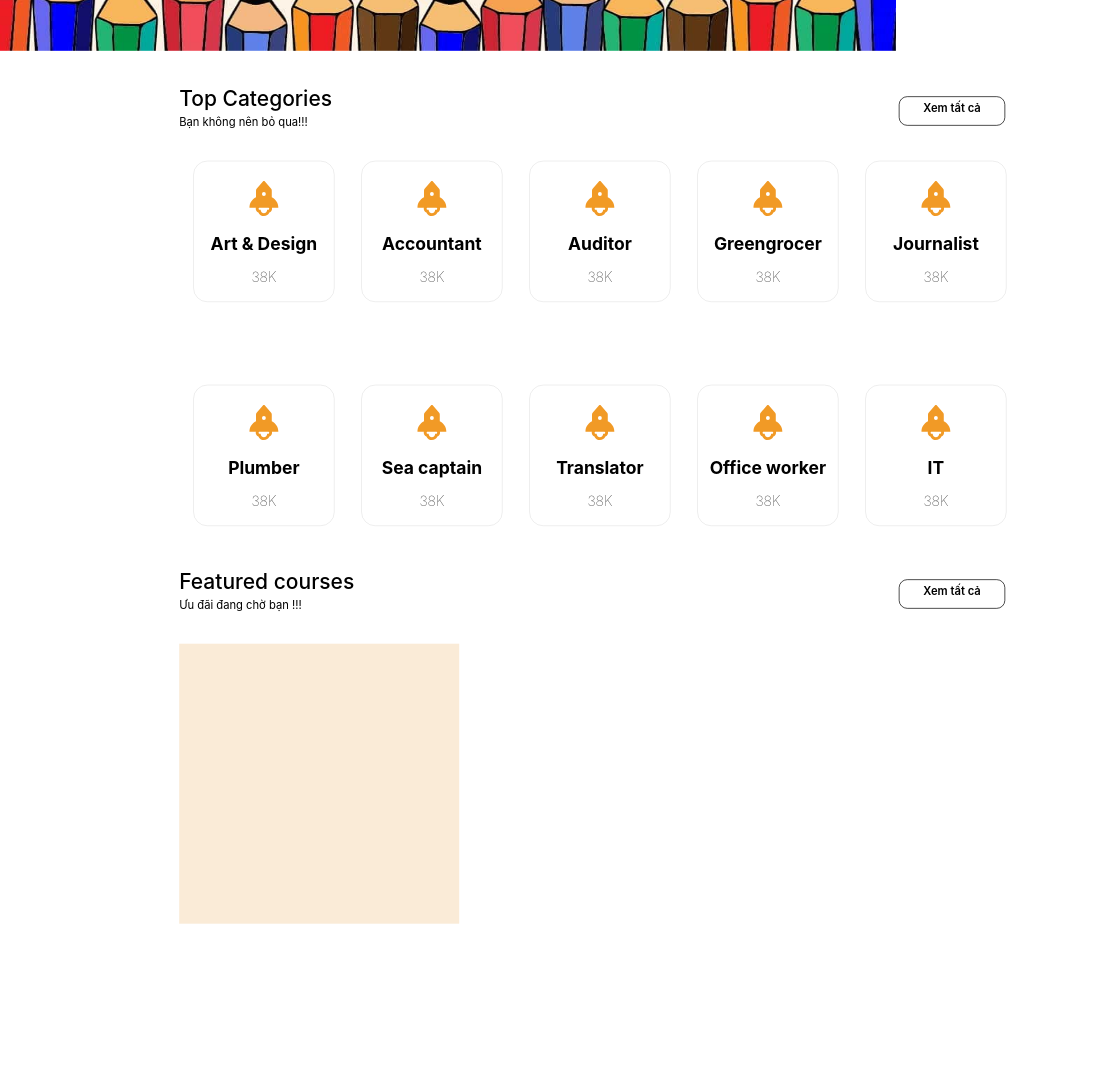
Repository: hieu1802/WebsiteEdupress
Page: / (app in my-app/)
These files come from the project's save history. The page is drawn as it stood at one moment and after the next save; the edit follows.
The browser window is 1280 px wide. The page is 1600 px wide, so the pictures cover 1600 px, including what lies to the right of the window. The pictures show the part of the page from y = 551 to 2111 px (the page is 2111 px tall), at 70% of full size.
The project was rebuilt for these pictures with package versions that can differ from the ones it lists, and the page was loaded fresh each time. Also part of the build but not shown: my-app/src/App.css.

Above is the page before, as saved 2024-07-24 01:28:28.

### my-app/src/App.jsx
import logo from './logo.svg';
import './App.css';
import HomePage from './Components/HomePage/HomePage.jsx';

function App() {
  return (
  <>
    <HomePage/>
  </>
  );
}

export default App;

### my-app/src/Components/HomePage/HomePage.jsx
import React from 'react'
import Header from './Header.jsx'
import { ContainerPage } from './ContainerPage.jsx'

function HomePage() {
  return (
    <>
      <Header/>
      <ContainerPage/>
    </>
  )
}

export default HomePage

### my-app/src/Components/HomePage/Header.jsx
import React from 'react'
import img01 from '../img/EduPress.png'
import img02 from '../img/img02.jpg'
import img03 from '../img/img03.png'
import './HomePage.css'
import { IoIosSearch } from "react-icons/io";

function Header() {
  return (
    <>
        <div className='Header'>
            <div className='logoHeader'>
                <img src={img01}/>
                <h3>EduPress Academy</h3>
            </div>
            <ul>
                <li>Trang Chủ</li>
                <li>Khóa Học</li>
                <li>Blog</li>
                <li>Đánh giá</li>
                <li>Kết Nối</li>
                <div className='ulInput'>
                    <input placeholder='Tìm Kiếm ...'/>
                    <div className='btnHeader'><IoIosSearch  className='btnIcon'/></div>
                </div>

            </ul>
            <div className='loginHeader'>
                <div><span>Đăng Nhập</span>/<span>Đăng kí</span></div>

            </div>
        </div>
        <div className='posterHeader'>
            <img src={img02}/>
            <div className='posterContent'>
               <div className='posterSologun'>
                  <h1>EduPress Academy</h1>
                  <h2>Website học Online hàng đầu Việt Nam tích hợp đầy đủ mọi thông tin, kiến thức và những kỹ năng để giúp các bạn chinh phục mọi khó khăn một cách hoàn hảo</h2>
                  <div className='btnPoster'>Tìm hiểu ngay </div>
               </div>
               <div className='posterAvatar'>
                  <img src={img03}/>
               </div>
            </div>
        </div>
    </>

  )
}

export default Header

### my-app/src/Components/HomePage/ContainerPage.jsx
import React from 'react'
import { AiFillRocket } from "react-icons/ai";

export const ContainerPage = () => {

  const topCategories = [
    {
      id:1,
      name:'Art & Design',
    },
    {
      id:2,
      name:'Accountant',

    },
    {
      id:3,
      name:'Auditor',

    },
    {
      id:4,
      name:'Greengrocer',

    },
    {
      id:5,
      name:'Journalist',

    },
    {
      id:6,
      name:'Plumber',

    },
    {
      id:7,
      name:'Sea captain',

    },
    {
      id:8,
      name:'Translator',

    },
    {
      id:9,
      name:'Office worker',

    },
    {
      id:10,
      name:'IT',

    },
  ]
  return (
    <div className='ContainerPage'>
       <div className='categories'>
          <div className='textCategories'>
            <div className='topCategories'>
              <h3>Top Categories</h3>
              <p>Bạn không nên bỏ qua!!!</p>
            </div>
            <div className='btnCategories'> <p>Xem tất cả</p></div>
          </div>
          <div className='boxCategories'>

              {topCategories.map((items)=>(
                <div className='miniBox' key={items.id}>
                  <AiFillRocket className='iconBox'/>
                  <h4>{items.name}</h4>
                  <h5>38K</h5>
                </div>
              ))}
          </div>
       </div>
       <div className='categories'>
          <div className='textCategories'>
            <div className='topCategories'>
              <h3>Featured courses</h3>
              <p>Ưu đãi đang chờ bạn !!!</p>
            </div>
            <div className='btnCategories'> <p>Xem tất cả</p></div>
          </div>
          <div className='boxCategories'>
              <div className='boxFeaturedCourses'>

              </div>

          </div>
       </div>
    </div>
  )
}

### my-app/src/Components/HomePage/HomePage.css
*{
    margin: 0;
    padding: 0;
    list-style: none;
}

.Header{
    width: 100%;
    height: 72px;
    display: flex;
    justify-content: space-between;

}

.logoHeader{
    width: 25%;
    height: 100%;
    display: flex;
    gap: 10px;
    margin-left: 70px;
}


h3{
    font-size: 25px;
    margin-top: 15px;
    color: rgba(241, 152, 34, 0.979);
}

.Header > ul{

    display: flex;
    width:60%;
}

.Header > ul > li{
    width: 100px;
    text-align: center;
    padding: 20px;
    font-size: 20px;
    font-weight: 600;
    cursor: pointer;
}

.Header > ul > li:hover{
    background-color: rgba(246, 243, 238, 0.633);
    color: rgba(241, 152, 34, 0.979);
}

.ulInput{
    width: 400px ;
    padding: 20px;
    display: flex;
}

.ulInput > input{
    margin-right:10px;
    text-align: center;
    font-size: 15px;
    width: 400px;
    height: 35px;
    border: 1px solid #00000010;
    background-color: rgba(240, 234, 234, 0.815);
    border-radius: 12px;
}

.btnHeader{
    width: 100px;
    margin: auto;
    cursor: pointer;
}
.btnIcon{
    font-size: 25px;
}
.loginHeader{
    display: flex;
    width: 15%;
    height: 72px;
    margin-right: 100px;
    cursor: pointer;
}

.loginHeader > div{
   margin: auto;
   font-size: 20px;
   font-weight: 600;
   text-align: center;
}

.loginHeader > div > span{
    margin: 10px;
}

.loginHeader > div > span:hover {
    color: rgba(241, 152, 34, 0.979);
}

.posterHeader{
    width: 100%;
    height: 552px;
    background-color: black;
    display: flex;
}

.posterHeader > img{
    width: 100%;
}

.posterContent{
    position: absolute;
    display: flex;
    margin-left: 400px;
    margin-top: 10px;
    width: 1200px;
    height: 400px;

    z-index: 999;
}

.posterSologun{
    width: 60%;
}

.posterSologun > h1{
    font-size: 70px;
    text-align: center;
    color: rgba(241, 152, 34, 0.979);
    margin-top: 50px;
    margin-bottom: 10px;
}

.posterSologun > h2{
    font-size: 20px;
    text-align: center;
}

.btnPoster{
    width: 200px;
    height: 40px;
    background-color: red;
    font-size: 20px;
    color: #fff;
    text-align: center;
    border-radius: 12px;
    cursor: pointer;
    gap: 10px;
    margin-top: 50px;
    margin-left: 35%;
}

.posterAvatar{
    width: 35%;
    margin-left: 30px;

}

.posterAvatar > img{
    width: 100%;
    margin-top: 30px;
}

/************************ContainerPage**************************/

.ContainerPage{
    position: relative;
    width: 1200px;
    height: 1300px;

    margin-left: 20%;
}

.categories{
    width: 100%;
    height: 640px;
   background-color: #fff;
    margin-top: 50px;
}

.textCategories{
    width: 100%;
    height: 77px;
    background-color: #fff;
    display: flex;
    justify-content: space-between;
}
.topCategories>h3{
    color: black;
    font-size: 30px;
    margin-bottom: 5px;
    margin-top: 0px;
    font-weight: 500;
}

.topCategories>p{

}
.btnCategories{
    width: 150px;
    height: 40px;
    border: 1px solid #000000;
    border-radius: 12px;
    margin-top: 15px;
    margin-right: 20px;
    cursor: pointer;
}

.btnCategories:hover{
    background-color: rgba(244, 25, 25, 0.757);
    color: #fff;
}

.btnCategories > p{
    text-align: center;
    margin-top: 5px;
    font-weight: 600;
}

.boxCategories{
    width: 100%;
    height: 100%;
    display: grid;
    grid-template-columns: 1fr 1fr 1fr 1fr 1fr;
    margin-top: 30px;

}

.miniBox{
    width: 200px;
    height: 200px;
    border: 1px solid #0000001a;
    border-radius: 20px;
    display: flex;
    align-items: center;
    flex-direction: column;
    justify-content: center;
    margin-left: 20px;
}

.iconBox{
    font-size: 60px;
    margin-bottom: 20px;
    color: rgba(241, 152, 34, 0.979);
}

.miniBox > h4{
    font-size: 25px;
    margin-bottom: 20px;
}

.miniBox > h5{
    font-size: 20px;
    font-weight: 100;
}

.boxFeaturedCourses{
    width: 400px;
    height: 400px;
    background-color: antiquewhite;
    display: flex;
}

Loaded but not shown: my-app/public/index.html (common file); my-app/src/index.js (common file); my-app/src/index.css (common file); my-app/src/reportWebVitals.js (common file)

After the next save:
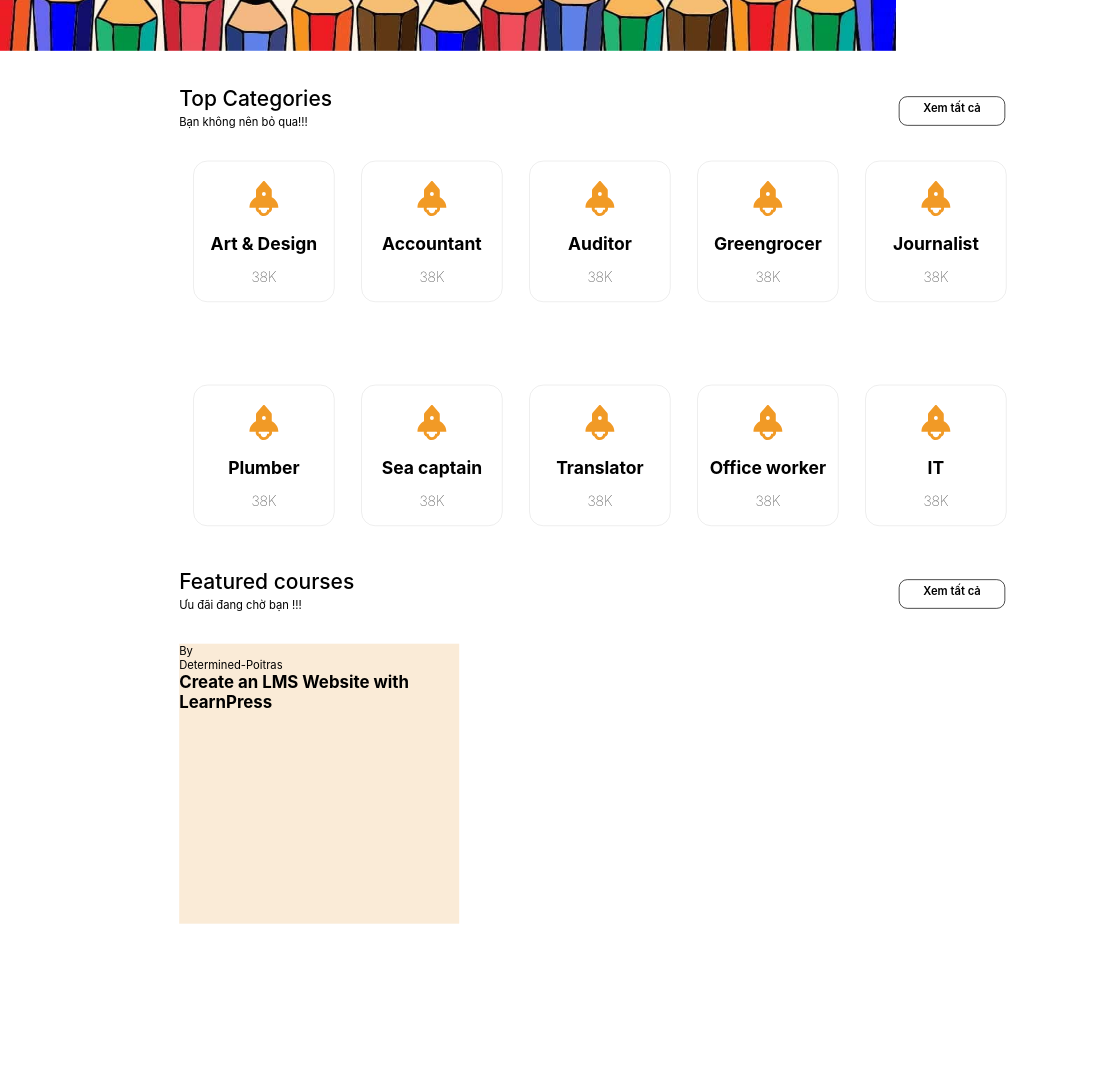
Saved 5 min 42 s later.
--- a/my-app/src/Components/HomePage/ContainerPage.jsx
+++ b/my-app/src/Components/HomePage/ContainerPage.jsx
@@ -85,7 +85,12 @@
           </div>
           <div className='boxCategories'>
               <div className='boxFeaturedCourses'>
+                  <img src=''/>
+                  <div className='boxFeaturedCoursesContent'>
+                      <p>By</p><span>Determined-Poitras</span>
+                      <h2>Create an LMS Website with LearnPress</h2>
 
+                  </div>
               </div>
 
           </div>
